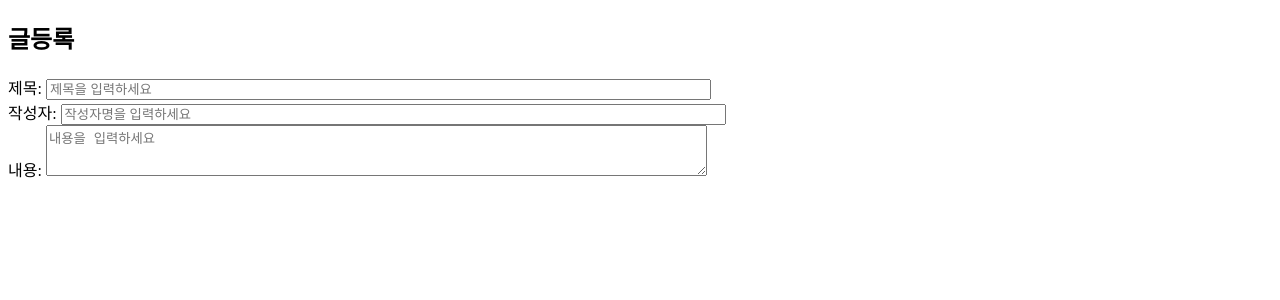
Repository: Park147/Django_class
Page: Djangohjm/Gasipan/pyboard/board/templates/board/register.html
An editor plug-in stored every save of this project. The page is shown before and after the next save, followed by the edit.
The browser window is 1280 px wide. The pictures show the whole page.

Above is the page before, as saved 2023-07-18 07:18:01.

After the next save:
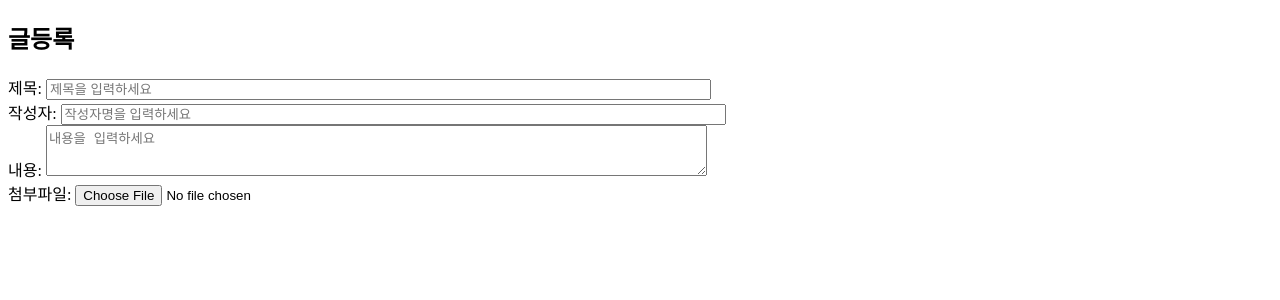
Saved 95 s later.
--- a/Djangohjm/Gasipan/pyboard/board/templates/board/register.html
+++ b/Djangohjm/Gasipan/pyboard/board/templates/board/register.html
@@ -10,5 +10,6 @@
 <div>제목: <input type="text" name="title" size="80" placeholder="제목을 입력하세요"></div>
 <div>작성자: <input type="text" name="writer" size="80" placeholder="작성자명을 입력하세요"></div>
 <div>내용: <textarea rows="3" cols="80" name="content" placeholder="내용을 입력하세요"></textarea></div>
+<div style="width:800px">첨부파일: <input type="file" name="file" size="80"></div>
 </body>
 </html>
